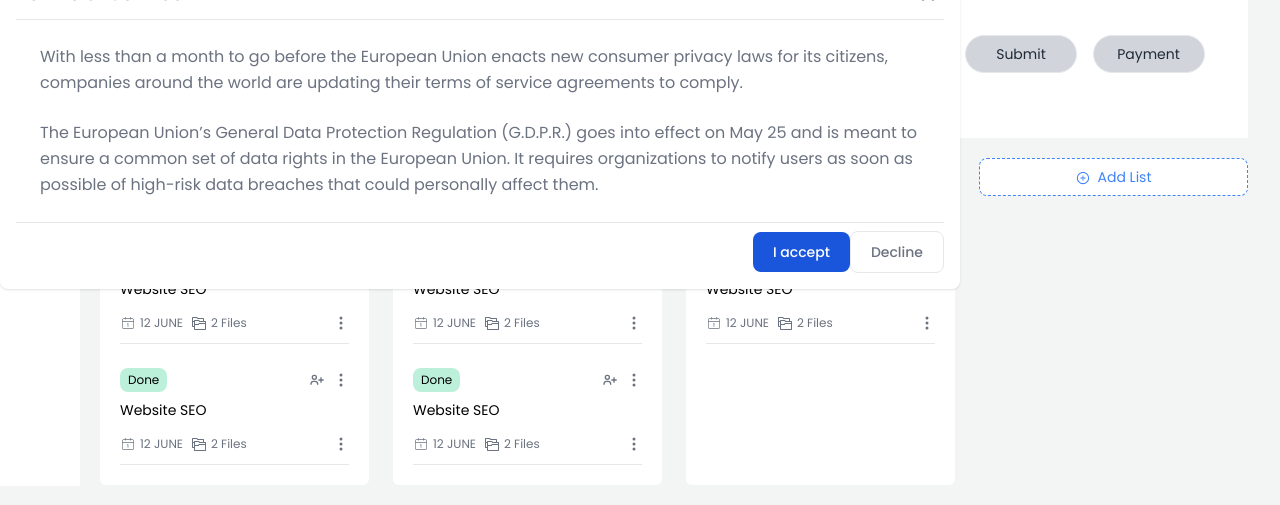
Repository: Shamraiz761/Frontend-Assessment
Page: /, after clicking the first element matching `button.bg-white`
The author's editor kept a copy of each file at every save. The page is drawn from the files as they stood at one save, then again after the next save.
The browser window is 1280 px wide. The pictures show the part of the page from y = 234 to 739 px (the page is 739 px tall).
Pictures or frames that could not be fetched are drawn as grey boxes. The project was rebuilt for these pictures with package versions that can differ from the ones it lists, and the page was loaded fresh each time. Also part of the build but not shown: vite.config.js. Imported but missing from the stored project, and not drawn on this page: src/pages/auth/login.

Above is the page before, as saved 2023-06-09 12:47:08.

### src/main.jsx
import ReactDOM from 'react-dom/client'

import React from 'react'

import App from './App.jsx'
import './index.css'

ReactDOM.createRoot(document.getElementById('root')).render(
  <React.StrictMode>
    <App />
  </React.StrictMode>,
)

### src/App.jsx
import React from 'react'
import { DndProvider } from 'react-dnd'
import { HTML5Backend } from 'react-dnd-html5-backend'
import 'flowbite'

import AppRoutes from './routes'

export default function App() {
  return (
    <DndProvider backend={HTML5Backend}>
      <AppRoutes />
    </DndProvider>
  )
}

### src/index.css
@import url("https://fonts.googleapis.com/css2?family=Poppins:wght@400;500;600;700;800;900&display=swap");

@tailwind base;
@tailwind components;
@tailwind utilities;

* {
  margin: 0;
  padding: 0;
}

body {
  margin: 0;
  font-family: "Poppins", -apple-system, BlinkMacSystemFont, "Segoe UI",
    "Roboto", "Oxygen", "Ubuntu", "Cantarell", "Fira Sans", "Droid Sans",
    "Helvetica Neue", sans-serif;
  -webkit-font-smoothing: antialiased;
  -moz-osx-font-smoothing: grayscale;
  width: 100vw;
  overflow-x: hidden;
  background-color: #f2f5f3;
  /* background: linear-gradient(180deg, #faefe8 0%, #edc7ac 100%); */
}

code {
  font-family: source-code-pro, Menlo, Monaco, Consolas, "Courier New",
    monospace;
}

.pointer-cursor {
  cursor: pointer;
}

.cusBorder {
  border: 1px solid #000;
  border-radius: 5px;
}

img {
  cursor: pointer;
}
.errors {
  color: #dc3545;
  padding: 0;
  margin: 0;
  font-size: 12px;
}
.loader {
  position: fixed;
  top: 0;
  bottom: 0;
  left: 0;
  right: 0;
  background-color: rgba(47, 151, 161, 0.32);

  display: flex;
  justify-content: center;
  align-items: center;
}

.link {
  color: #000;
  cursor: pointer;
  text-decoration: none;
}
.link:hover {
  color: #000;
}

.trans-btn {
  background-color: transparent;
  border: none;
}
.profile-logout-btn {
  border: 0;
}
.profile-logout-btn:hover {
  border: 0;
}
.profile-btn {
  border-radius: 0;
  border: 0;
}
.logout-btn {
  border-radius: 0;
  border: 0;
}
.logout-btn:hover {
  background-color: rgba(220, 53, 69, 0.5);
  border: 0;
  color: #fff;
}
.breadcrumbs ul {
  list-style: none;
  display: inline-block;
}

.breadcrumbs ul li {
  display: inline;
}

.breadcrumbs ul li .bc-link {
  /* display: block; */
  width: max-content;
  background-color: #f8f9fa;
  padding: 6px 15px 6px 25px;
  text-align: center;
  position: relative;
  margin: 0 10px 0 0;
  font-size: 15px;
  text-decoration: none;
  color: #000;
}
.breadcrumbs ul li .bc-link::after {
  content: "";
  border-top: 17px solid transparent;
  border-bottom: 17px solid transparent;
  border-left: 17px solid #f8f9fa;
  position: absolute;
  top: 0;
  right: -17px;
  z-index: 1;
}
.breadcrumbs ul li .bc-link::before {
  content: "";
  border-top: 17px solid transparent;
  border-bottom: 17px solid transparent;
  border-left: 17px solid #71cdd5;
  position: absolute;
  top: 0;
  left: 0;
}
.breadcrumbs ul li:first-child .bc-link {
  border-top-left-radius: 5px;
  border-bottom-left-radius: 5px;
}
.breadcrumbs ul li:first-child .bc-link::before {
  display: none;
}

.breadcrumbs ul li:last-child .bc-link {
  padding-right: 20px;
  border-top-right-radius: 5px;
  border-bottom-right-radius: 5px;
}
.breadcrumbs ul li:last-child .bc-link::after {
  display: none;
}

@media screen and (max-width: 500px) {
  .breadcrumbs ul li .bc-link {
    /* display: block; */
    padding: 2px 2px 2px 13px;
    /* margin: 0 10px 0 0; */
    font-size: 14px;
  }

  .breadcrumbs ul li .bc-link::after {
    content: "";
    border-top: 11.6px solid transparent;
    border-bottom: 11.6px solid transparent;
    border-left: 11.6px solid #f8f9fa;
    position: absolute;
    top: 0;
    right: -11.6px;
    z-index: 1;
  }
  .breadcrumbs ul li .bc-link::before {
    content: "";
    border-top: 11.6px solid transparent;
    border-bottom: 11.6px solid transparent;
    border-left: 11.6px solid #71cdd5;
    position: absolute;
    top: 0;
    left: 0;
  }
  .breadcrumbs ul li:last-child .bc-link {
    padding-right: 5px;
  }
}

@media screen and (max-width: 350px) {
  .breadcrumbs ul li .bc-link {
    /* display: block; */
    padding: 2px 2px 2px 12px;
    /* margin: 0 10px 0 0; */
    font-size: 10px;
  }

  .breadcrumbs ul li .bc-link::after {
    content: "";
    border-top: 9px solid transparent;
    border-bottom: 9px solid transparent;
    border-left: 9px solid #f8f9fa;
    position: absolute;
    top: 0;
    right: -9px;
    z-index: 1;
  }
  .breadcrumbs ul li .bc-link::before {
    content: "";
    border-top: 9px solid transparent;
    border-bottom: 9px solid transparent;
    border-left: 9px solid #edc7ac;
    position: absolute;
    top: 0;
    left: 0;
  }
  .breadcrumbs ul li:last-child .bc-link {
    padding-right: 5px;
  }
}

/* ********************************************** */

### src/routes/index.jsx
import {
  createBrowserRouter,
  createRoutesFromElements,
  RouterProvider,
  Route,
} from "react-router-dom";

import * as React from "react";

import Layout from "./layout";
import Root from "./root";

import Home from "../pages/dashboard";
import Login from "../pages/auth/login";
import Header from "../components/header/index";

export default function AppRoutes() {
  const router = createBrowserRouter(
    createRoutesFromElements(
      <Route path="/" element={<Root />}>
        <Route path="/login" element={<Login />} />

        <Route element={<Layout />}>
          <Route path="/" element={<Home />} />
        </Route>
      </Route>
    )
  );

  return <RouterProvider router={router} />;
}

### src/routes/layout.jsx
import { Link, Outlet, useNavigate } from "react-router-dom";
import { Gi3DGlasses } from "react-icons/gi";
import { CgProfile } from "react-icons/cg";
import { BsArrowLeft, BsFillChatSquareTextFill } from "react-icons/bs";
import { MdOutlineDashboard, MdOutlineCastForEducation } from "react-icons/md";

import React, { useState } from "react";
import Header from "../components/header/index";

export default function Layout() {
  const [open, setOpen] = useState(false);
  const [type, setType] = useState(false);
  const navigate = useNavigate();
  return (
    <div>
      {/* {loading && <LoadingSpinner asOverlay />} */}
      <div
        className={` h-screen bg-white  p-3 ${
          open ? "w-56" : "w-20"
        } fixed top-0 sidebar z-50`}
      >
        {/* Logo */}

        <div className="flex flex-row justify-center">
          <svg
            width="67"
            height="67"
            viewBox="0 0 67 67"
            fill="none"
            xmlns="http://www.w3.org/2000/svg"
            className={` text-4xl block float-left cursor-pointer rounded duration-500 ${
              !open && "rotate-[360deg]"
            }`}
            onClick={() => {
              setOpen(!open);
              setType(false);
            }}
          >
            <path
              d="M22.138 15.2984L30.8759 24.0363C32.3276 25.488 34.7005 25.488 36.1522 24.0363L44.8901 15.2984C47.2351 12.9534 45.588 8.90552 42.238 8.90552H24.7622C21.4401 8.90552 19.7651 12.9534 22.138 15.2984Z"
              fill="#208FF5"
            />
            <path
              d="M22.138 51.7017L30.8759 42.9637C32.3276 41.5121 34.7005 41.5121 36.1522 42.9637L44.8901 51.7017C47.2351 54.0467 45.588 58.0946 42.238 58.0946H24.7622C21.4401 58.0946 19.7651 54.0467 22.138 51.7017Z"
              fill="#208FF5"
            />
            <path
              d="M6.03002 31.9088L12.423 21.8588C13.428 20.2676 15.6614 20.0163 17.0014 21.3563L27.0514 31.4063C28.1959 32.5509 28.1959 34.4213 27.0514 35.5659L17.0014 45.6159C15.6614 46.9559 13.456 46.7047 12.423 45.1134L6.03002 35.0634C5.44377 34.1142 5.44377 32.8859 6.03002 31.9088Z"
              fill="#208FF5"
            />
            <path
              d="M60.9701 31.9088L54.5771 21.8588C53.5721 20.2676 51.3387 20.0163 49.9987 21.3563L39.9488 31.4063C38.8042 32.5509 38.8042 34.4213 39.9488 35.5659L49.9987 45.6159C51.3387 46.9559 53.5442 46.7047 54.5771 45.1134L60.9701 35.0634C61.5563 34.1142 61.5563 32.8859 60.9701 31.9088Z"
              fill="#208FF5"
            />
          </svg>
        </div>

        {/* Search */}

        <ul className="pt-2">
          {/* Dashboard */}
          <Link
            to="/"
            className={` rounded-md text-gray-500  text-xs flex items-center gap-x-4 cursor-pointer hover:bg-gray-50 hover:text-blue-500 py-4 p-2`}
          >
            <span className="text-xl block float-left">
              <MdOutlineDashboard />
            </span>
            <span
              className={` text-sm font-md flex-1
          ${!open && "hidden"}`}
            >
              Marketplace
            </span>
          </Link>

          <Link
            className={` rounded-md text-gray-500  text-xs flex items-center gap-x-4 cursor-pointer hover:bg-gray-50 hover:text-blue-500 py-4 p-2`}
            to="/profile"
          >
            <span className="text-xl block float-left">
              <CgProfile />
            </span>
            <span
              className={` text-xs font-md flex-1
          ${!open && "hidden"}`}
            >
              Profile
            </span>
          </Link>

          {/* Lens */}
          <Link
            className={` rounded-md text-gray-500  text-xs flex items-center gap-x-4 cursor-pointer hover:bg-gray-50 hover:text-blue-500 py-4 p-2`}
            to="/chat"
          >
            <span className="text-lg block float-left">
              <BsFillChatSquareTextFill />
            </span>
            <span
              className={` text-xs font-md flex-1
          ${!open && "hidden"}`}
            >
              Chat
            </span>
          </Link>

          {/* Orders */}
          <Link
            className={` rounded-md text-gray-500  text-xs flex items-center gap-x-4 cursor-pointer hover:bg-gray-50 hover:text-blue-500 py-4 p-2`}
            to="/education"
          >
            <span className="text-xl block float-left">
              <MdOutlineCastForEducation />
            </span>
            <span
              className={` text-xs font-md flex-1
          ${!open && "hidden"}`}
            >
              Education
            </span>
          </Link>
        </ul>
      </div>
      <div className={` ${open ? "ml-56" : "ml-20"}`}>
        <Header />
        <Outlet />
      </div>
    </div>
  );
}

### src/routes/root.jsx
import { Outlet } from 'react-router-dom'

import React from 'react'

export default function Root() {
    return (
        <Outlet />
    )
}

### src/pages/Dashboard/index.jsx
import { AiOutlinePlusCircle } from "react-icons/ai";
import { BsThreeDotsVertical } from "react-icons/bs";

import React, { useState } from "react";

import "./index.css";
import Profile from "../../components/dashboard/profile";
import Card from "../../components/dashboard/card";

function Home() {
  const [isModalOpen, setIsModalOpen] = useState(false);

  const toggleModal = () => {
    setIsModalOpen(!isModalOpen);
  };

  return (
    <div className="mr-3">
      <Profile />
      <div className="m-5 grid grid-cols-1 sm:grid-cols-2 md:grid-cols-3 lg:grid-cols-4 gap-6 ">
        <div className="bg-white p-5 rounded-md">
          <div className="flex flex-row justify-between py-3 border-b">
            <div className="text-sm font-medium">Task Name</div>
            <div className="flex flex-row text-gray-500">
              <AiOutlinePlusCircle className="mr-2" />
              <BsThreeDotsVertical />
            </div>
          </div>
          <Card />
          <Card />
        </div>
        <div className="bg-white p-5 rounded-md">
          <div className="flex flex-row justify-between py-3 border-b">
            <div className="text-sm font-medium">Task Name</div>
            <div className="flex flex-row text-gray-500">
              <AiOutlinePlusCircle className="mr-2" />
              <BsThreeDotsVertical />
            </div>
          </div>
          <Card />
          <Card />
        </div>
        <div className="bg-white p-5 rounded-md">
          <div className="flex flex-row justify-between py-3 border-b">
            <div className="text-sm font-medium">Task Name</div>
            <div className="flex flex-row text-gray-500">
              <AiOutlinePlusCircle className="mr-2" />
              <BsThreeDotsVertical />
            </div>
          </div>
          <Card />
        </div>

        <div>
          <button
            onClick={toggleModal}
            className="bg-white flex flex-row justify-center text-blue-500 rounded-lg border border-dashed border-blue-500 px-2 py-2 text-sm w-full"
            type="button"
          >
            <AiOutlinePlusCircle className="mr-2 mt-1" />
            <h1>Add List</h1>
          </button>
          {isModalOpen && (
            <div className="fixed w-9/12 top-0 left-0 right-0 bottom-0 z-50 flex min-h-screen items-center justify-center">
              <div className="absolute bg-white rounded-lg shadow p-4">
                {/* Modal header */}
                <div className="flex items-start justify-between border-b pb-2">
                  <h3 className="text-xl font-semibold">Terms of Service</h3>
                  <button
                    onClick={toggleModal}
                    className="text-gray-400 bg-transparent hover:bg-gray-200 hover:text-gray-900 rounded-lg p-1.5 ml-auto inline-flex items-center"
                  >
                    <svg
                      aria-hidden="true"
                      className="w-5 h-5"
                      fill="currentColor"
                      viewBox="0 0 20 20"
                      xmlns="http://www.w3.org/2000/svg"
                    >
                      <path
                        fillRule="evenodd"
                        d="M4.293 4.293a1 1 0 011.414 0L10 8.586l4.293-4.293a1 1 0 111.414 1.414L11.414 10l4.293 4.293a1 1 0 01-1.414 1.414L10 11.414l-4.293 4.293a1 1 0 01-1.414-1.414L8.586 10 4.293 5.707a1 1 0 010-1.414z"
                        clipRule="evenodd"
                      />
                    </svg>
                    <span className="sr-only">Close modal</span>
                  </button>
                </div>
                {/* Modal body */}
                <div className="p-6 space-y-6">
                  <p className="text-base leading-relaxed text-gray-500">
                    With less than a month to go before the European Union
                    enacts new consumer privacy laws for its citizens, companies
                    around the world are updating their terms of service
                    agreements to comply.
                  </p>
                  <p className="text-base leading-relaxed text-gray-500">
                    The European Union’s General Data Protection Regulation
                    (G.D.P.R.) goes into effect on May 25 and is meant to ensure
                    a common set of data rights in the European Union. It
                    requires organizations to notify users as soon as possible
                    of high-risk data breaches that could personally affect
                    them.
                  </p>
                </div>
                {/* Modal footer */}
                <div className="flex items-center justify-end border-t pt-2">
                  <button
                    onClick={toggleModal}
                    type="button"
                    className="text-white bg-blue-700 hover:bg-blue-800 focus:ring-4 focus:outline-none focus:ring-blue-300 font-medium rounded-lg text-sm px-5 py-2.5"
                  >
                    I accept
                  </button>
                  <button
                    onClick={toggleModal}
                    type="button"
                    className="text-gray-500 bg-white hover:bg-gray-100 focus:ring-4 focus:outline-none focus:ring-blue-300 rounded-lg border border-gray-200 text-sm font-medium px-5 py-2.5 hover:text-gray-900"
                  >
                    Decline
                  </button>
                </div>
              </div>
            </div>
          )}
        </div>
      </div>
    </div>
  );
}
export default Home;

### src/components/header/index.jsx
import { IoIosNotifications } from "react-icons/io";

import React from "react";
import { CgProfile } from "react-icons/cg";

function Header() {
  return (
    <div>
      {/* component */}
      <nav className=" bg-white w-full flex relative justify-between items-center mx-auto px-8 py-4 h-16">
        {/* search bar */}
        <div className="hidden sm:block flex-shrink flex-grow-0 justify-start px-2">
          <div className="inline-block">
            <div className="inline-flex items-center max-w-full">
              <input
                className="flex items-center text-gray-400 bg-slate-50 justify-between  flex-grow-0  relative w-72 border rounded-lg  py-1"
                type="search"
                placeholder="Search"
              />

              <div className="flex items-center justify-center relative  h-8 w-24 rounded-full"></div>
            </div>
          </div>
        </div>

        <div className="flex-initial">
          <div className="flex justify-end items-center relative">
            <div className="block">
              <div className="inline relative sm:flex sm:flex-row sm:justify-center">
                <button
                  type="button"
                  className="inline-flex items-center relative px-2  rounded-full hover:shadow-lg"
                >
                  <IoIosNotifications className="text-gray-400 text-xl" />
                </button>
                <button
                  type="button"
                  className="inline-flex items-center relative px-2  rounded-full hover:shadow-lg"
                >
                  <CgProfile className="text-gray-400 text-xl" />
                </button>
              </div>
            </div>
          </div>
        </div>
        {/* end login */}
      </nav>
    </div>
  );
}

export default Header;

### src/pages/Dashboard/index.css
.dashboard-cover-iamge{
    background: url("../../assets/images/dashboard-back.png");
    background-position: center;
    background-repeat: no-repeat;
    background-size: cover;

}

### src/components/dashboard/profile.jsx
import profile from "../../assets/images/Ellipse 1631.png";

import React from "react";

function Profile() {
  return (
    <div className="m-5  w-[11/12] md:h-72 h-[360px]  bg-white">
      <div className="dashboard-cover-iamge h-[150px]  w-[100%]"></div>
      <div className="grid lg:grid-cols-2 grid-cols-1 md:grid-cols-2 flex-row justify-between flex-wrap">
        <div className="ml-12">
          <img src={profile} className="h-32 w-32 mt-[-65px]  " />
          <h1 className="text-blue-600 font-semibold text-sm ml-[-15px] mt-2">
            Muhammad Shamraiz
          </h1>
          <p className="text-gray-400 text-xs font-thin ml-[-15px]">
            shamirajpoot@gmail.com
          </p>
        </div>
        <div className="grid my-3 grid-cols-2 lg:grid-cols-4 md:justify-end justify-between mx-8 items-center ">
          <button className="btn border  rounded-full w-24 lg:w-28 m-1  px-4 py-2 bg-blue-600 text-sm  text-white">
            Task
          </button>
          <button className="btn border  rounded-full w-24 lg:w-28 m-1 px-4 py-2 bg-gray-300 text-sm  text-gray-800">
            Order
          </button>
          <button className="btn border  rounded-full w-24 lg:w-28  m-1 px-4 py-2 bg-gray-300 text-sm  text-gray-800">
            Submit
          </button>
          <button className="btn border  rounded-full w-24 lg:w-28 m-1 px-4 py-2 bg-gray-300 text-sm  text-gray-800">
            Payment
          </button>
        </div>
      </div>
    </div>
  );
}

export default Profile;

### src/components/dashboard/card.jsx
import { BiUserPlus } from "react-icons/bi";
import { CiCalendarDate } from "react-icons/ci";
import { VscFileSubmodule } from "react-icons/vsc";
import { BsThreeDotsVertical } from "react-icons/bs";

import React from "react";

function Card() {
  return (
    <div className="border-b py-3">
      <div className="flex flex-row justify-between mt-3 ">
        <span className="bg-green-200 px-2 py-1 rounded-lg text-xs font-thin">
          Done
        </span>
        <div className="flex flex-row text-gray-500 mt-1">
          <BiUserPlus className="mr-2 " />
          <BsThreeDotsVertical />
        </div>
      </div>
      <h1 className="text-sm my-2">Website SEO</h1>

      <div className="flex flex-row justify-between mt-3">
        <div className="flex flex-row">
          <div className="flex flex-row text-gray-500 mt-1">
            <CiCalendarDate className="mr-1" />
            <p className="text-xs font-thin text-gray-500 mr-2">12 JUNE</p>
          </div>
          <div className="flex flex-row text-gray-500 mt-1">
            <VscFileSubmodule className="mr-1" />
            <p className="text-xs font-thin text-gray-500 mr-2">2 Files</p>
          </div>
        </div>
        <div className="flex flex-row text-gray-500 mt-1">
          <BsThreeDotsVertical />
        </div>
      </div>
    </div>
  );
}

export default Card;

### tailwind.config.cjs
const colors = require('tailwindcss/colors');
const defaultTheme = require('tailwindcss/defaultTheme');

module.exports = {
  content: ['./src/**/*.{js,jsx,ts,tsx}', "node_modules/flowbite/**/*.js"],
  theme: {
    extend: {
      colors: {
        // set primary color from figma
        // primary: {
        // },
      },
      fontFamily: {
        poppins: ['Poppins', ...defaultTheme.fontFamily.sans],
      },
      fontSize: {
        xxs: '0.5rem',
      },
    },
  },
  plugins: [
    require('flowbite/plugin')
  ],

};

Loaded but not shown: index.html (common file)

After the next save:
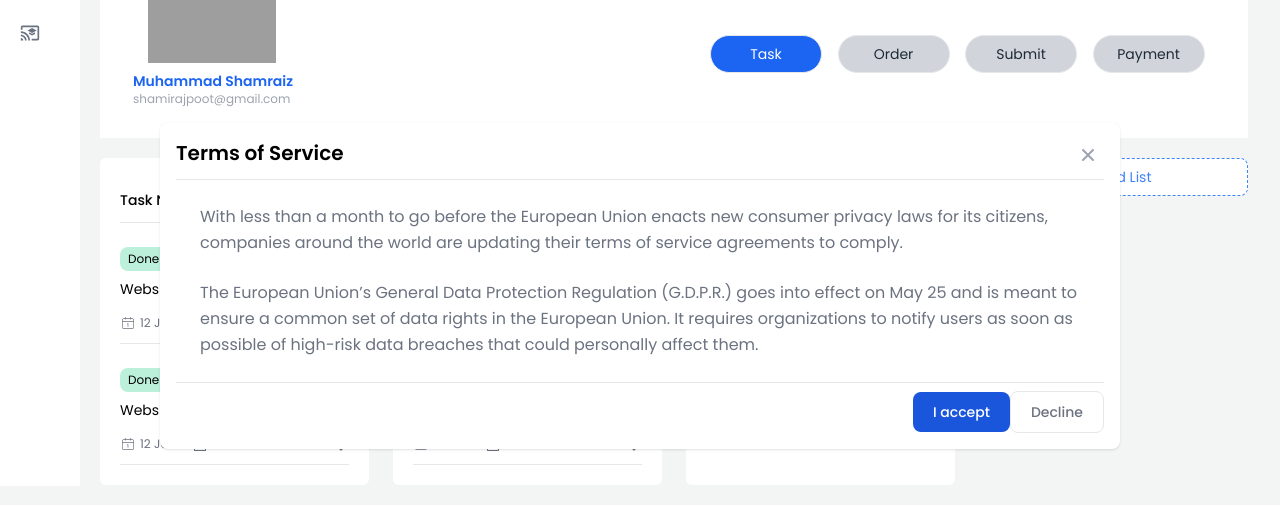
Saved 19 s later.
--- a/src/pages/Dashboard/index.jsx
+++ b/src/pages/Dashboard/index.jsx
@@ -61,7 +61,7 @@ function Home() {
             <h1>Add List</h1>
           </button>
           {isModalOpen && (
-            <div className="fixed w-9/12 top-0 left-0 right-0 bottom-0 z-50 flex min-h-screen items-center justify-center">
+            <div className="fixed w-9/12 top-0 left-0 right-0 bottom-0 z-50 flex min-h-screen m-40 items-center justify-center">
               <div className="absolute bg-white rounded-lg shadow p-4">
                 {/* Modal header */}
                 <div className="flex items-start justify-between border-b pb-2">
